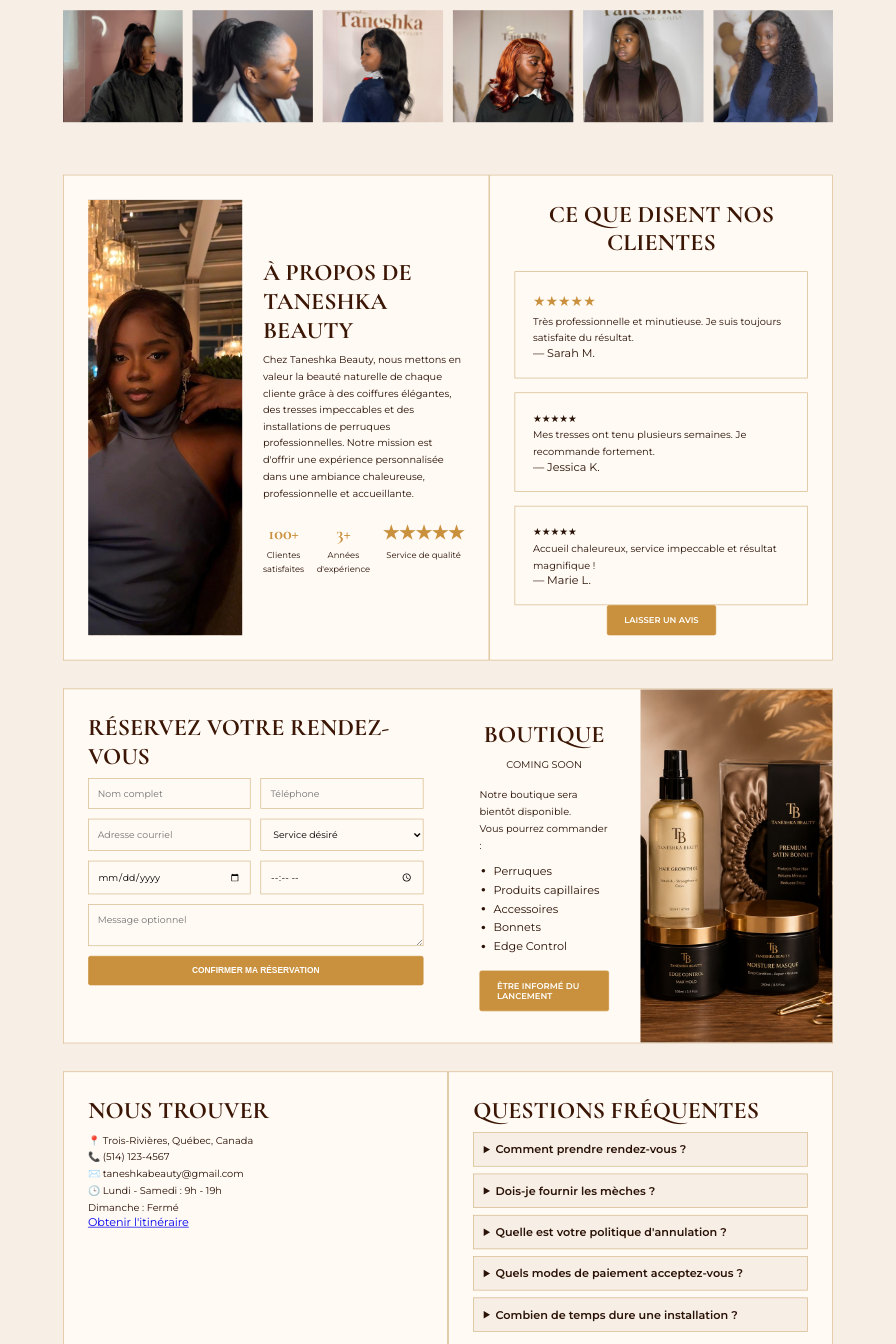
Repository: kngnepi/Taneshka-Beauty-House
Page: index.html
An editor plug-in stored every save of this project. The page is shown before and after the next save, followed by the edit.
The browser window is 1280 px wide. The pictures show the part of the page from y = 1481 to 3401 px (the page is 3661 px tall before and 3725 px after), at 70% of full size.

Above is the page before, as saved 2026-06-24 22:23:31.

After the next save:
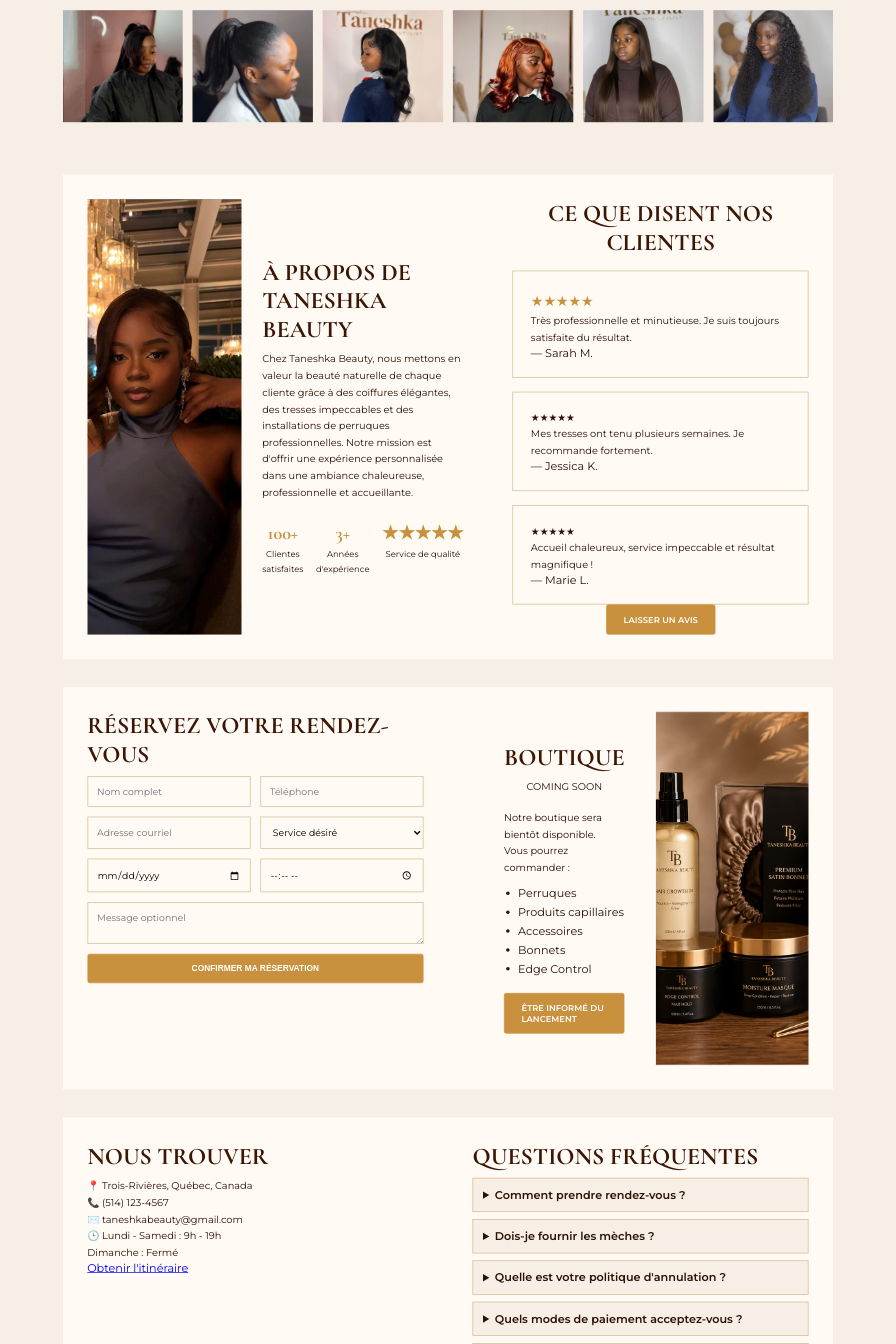
Saved 22 s later.
--- a/style.css
+++ b/style.css
@@ -490,14 +490,13 @@
   }
 }
 
-.products-section{
-    border-left: none;
-}
-
-.booking-section{
-    border-right: none;
-}
-
-.about-section{
-    border-right: none;
-}
+.about-box,
+.reviews-box,
+.location-box,
+.faq-box,
+.booking-section,
+.products-section {
+    background: var(--light-cream);
+    border: none;
+    padding: 35px;
+}
